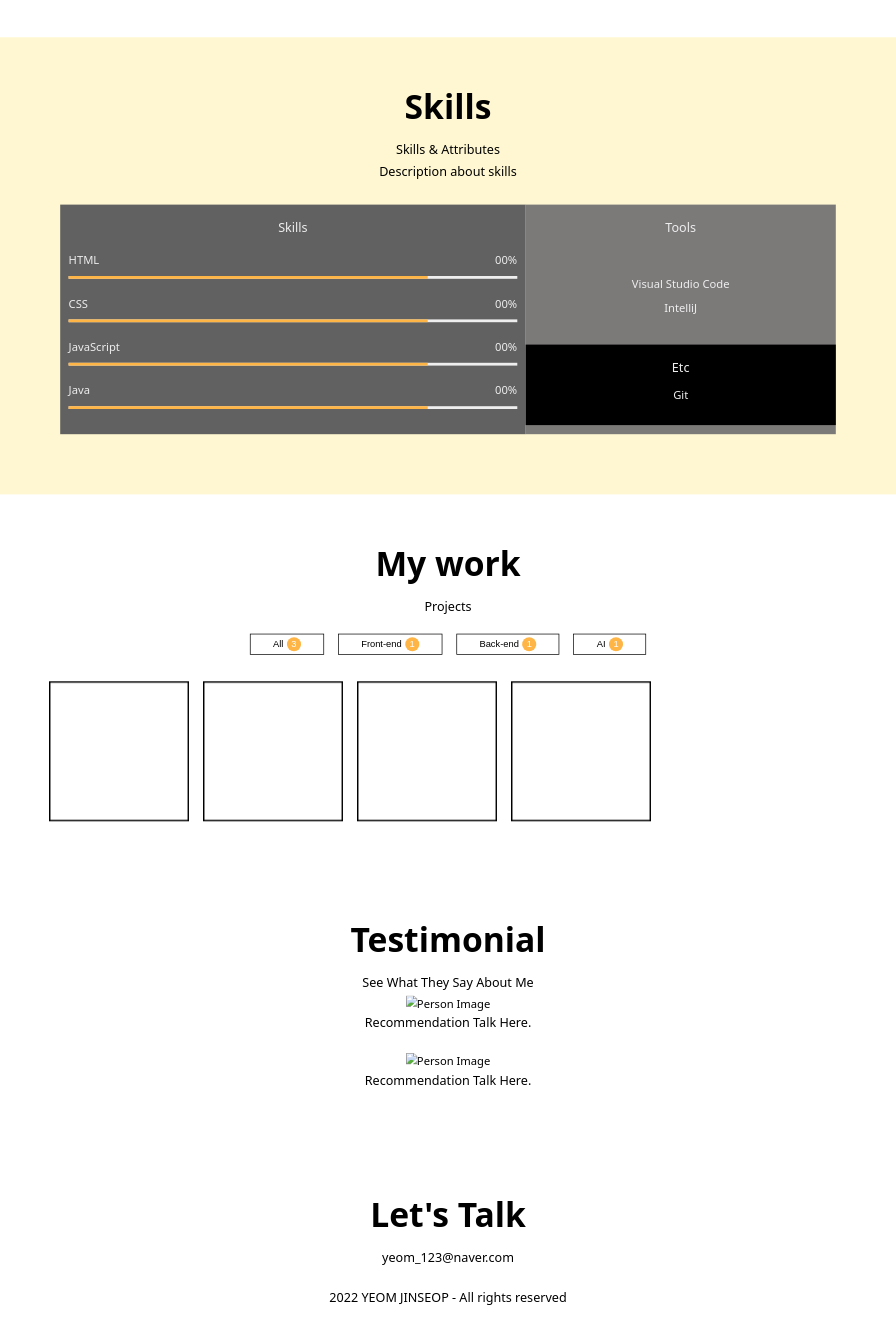
Repository: YEOMJINSEOP/yeomjinseop.github.io
Page: index.html
An editor plug-in stored every save of this project. The page is shown before and after a run of saves, followed by the edit.
The browser window is 1280 px wide. The pictures show the part of the page from y = 1255 to 3175 px (the page is 3175 px tall before and 3165 px after), at 70% of full size.
Some web libraries are served in a nearby version.

Above is the page before, as saved 2022-08-14 18:14:36.

After the next 2 saves:
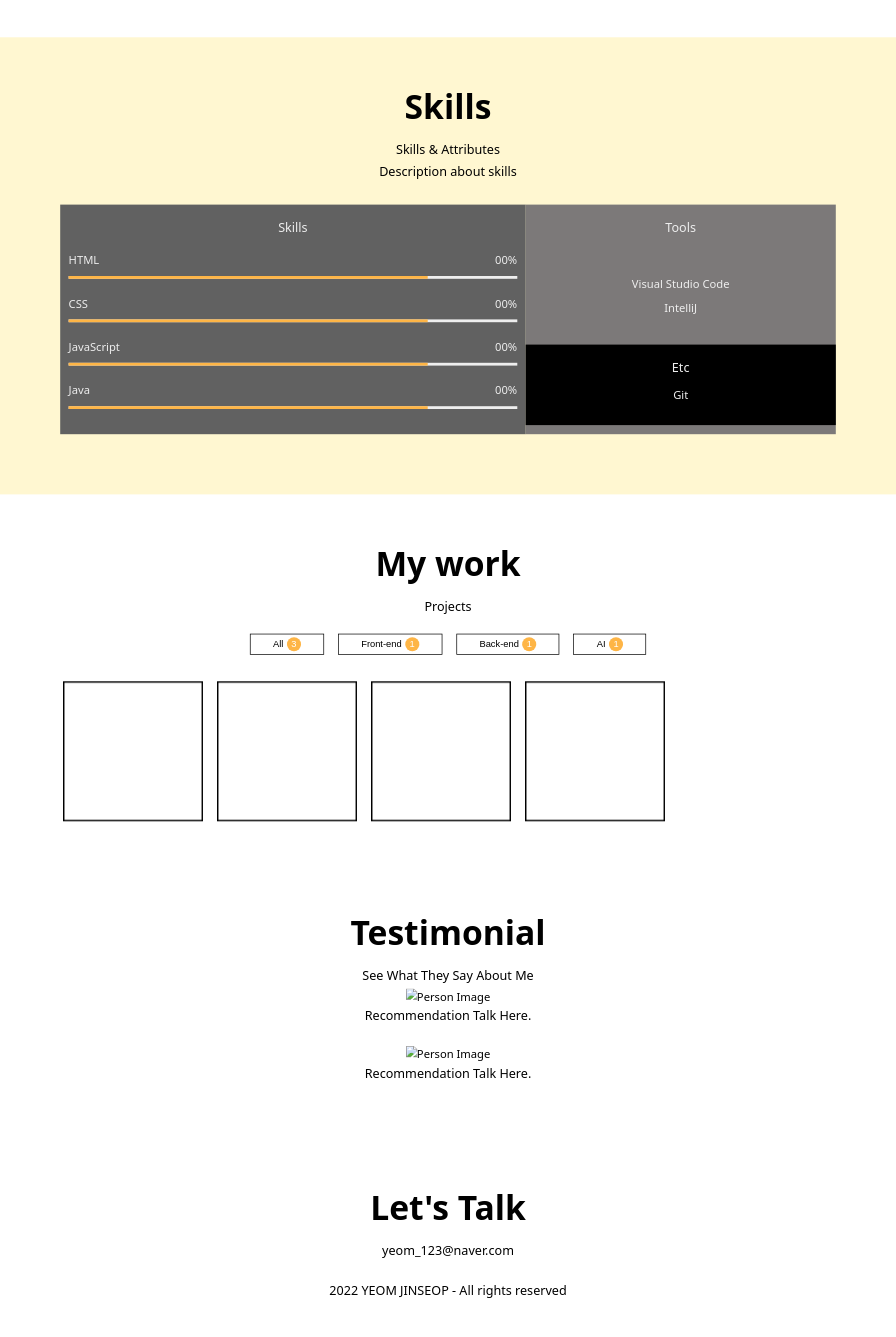
The 2 saves are shown as one change because they came seconds apart.
The last was saved 10 s later.
--- a/style.css
+++ b/style.css
@@ -350,7 +350,7 @@
   display: flex;
   flex-wrap: wrap;
   align-items: center;
-  margin: 10px;
+  margin-left: 30px;
 }
 
 .project__image{
